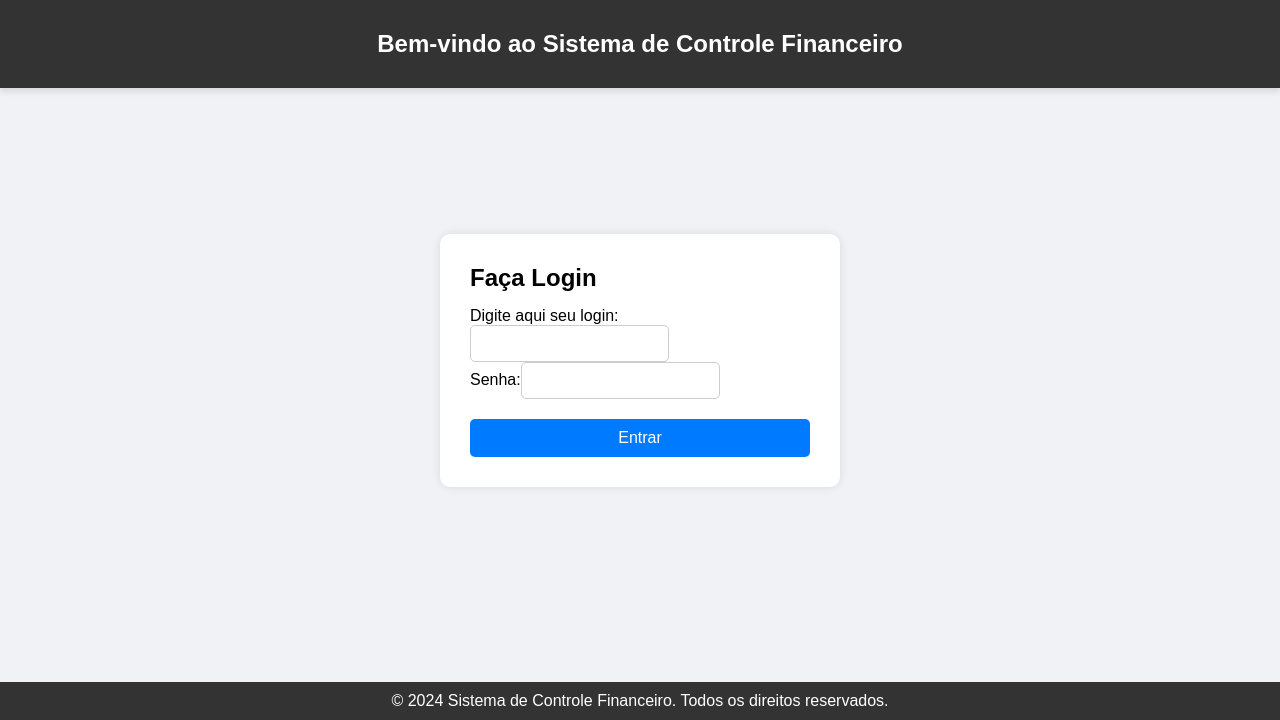
Repository: LucasMontalvao1/ProjetoMaxima
Page: / (app in AngularMaxima/)
The author's editor kept a copy of each file at every save. The page is drawn from the files as they stood at one save, then again after the next save.
The browser window is 1280 px wide. The pictures show the whole page.
The project was rebuilt for these pictures with package versions that can differ from the ones it lists, and the page was loaded fresh each time. Also part of the build but not shown: AngularMaxima/angular.json, AngularMaxima/src/app/pages/home/home.component.ts.

Above is the page before, as saved 2024-07-14 18:14:11.

After the next save:
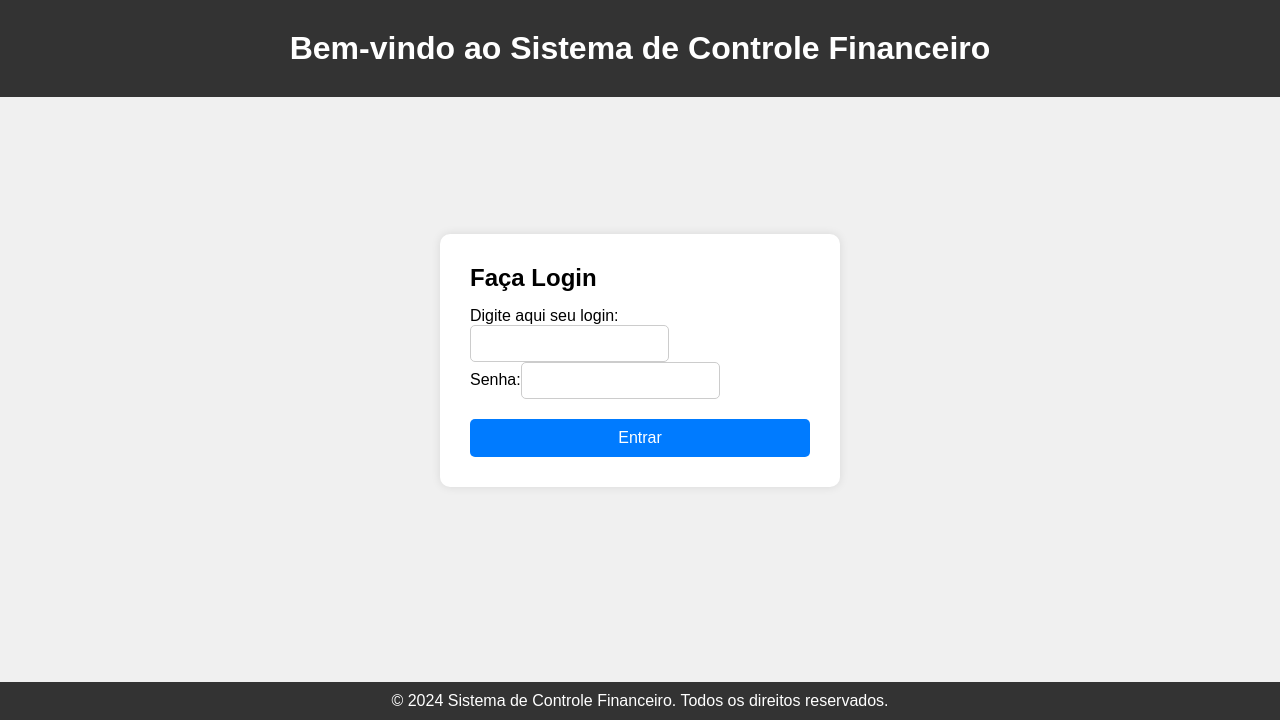
Saved 49 s later.
--- a/AngularMaxima/src/styles.css
+++ b/AngularMaxima/src/styles.css
@@ -4,54 +4,50 @@
   box-sizing: border-box;
 }
 
-body, html {
-  height: 100%;
+body {
   font-family: Arial, sans-serif;
-  background-color: #f0f2f5;
+  background-color: #f0f0f0;
 }
 
-.main-container {
+.container {
   display: flex;
   flex-direction: column;
-  height: 100%;
+  justify-content: space-between;
+  min-height: 100vh;
 }
 
-.content {
+.titulo {
+  text-align: center;
+  margin: 20px 0;
+  color: #fff;
+}
+
+.header, .footer {
+  background-color: #333;
+  color: white;
+  text-align: center;
+  padding: 10px 0;
+}
+
+.header {
+  position: fixed;
+  top: 0;
+  width: 100%;
+}
+
+.main-content {
   flex: 1;
   display: flex;
   justify-content: center;
   align-items: center;
-  padding: 20px;
-  margin-top: 80px;
-  margin-bottom: 40px;
-}
-
-.header {
-  width: 100%;
-  background-color: #007bff;
-  color: #fff;
-  padding: 20px 0;
-  text-align: center;
-  box-shadow: 0 4px 6px rgba(0, 0, 0, 0.1);
-  position: fixed;
-  top: 0;
-  left: 0;
-  z-index: 1000;
-}
-
-.header h1 {
-  margin: 0;
-  font-size: 24px;
 }
 
 .footer {
-  width: 100%;
-  background-color: #f8f9fa;
-  color: #777;
-  padding: 10px 0;
-  text-align: center;
   position: fixed;
   bottom: 0;
-  left: 0;
-  z-index: 1000;
+  width: 100%;
+  background-color: #333;
+  color: white;
+  text-align: center;
+  padding: 10px 0;
 }
